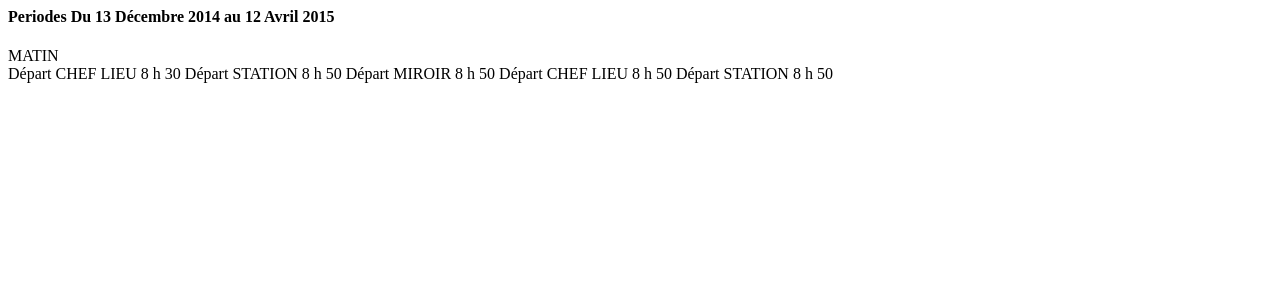
Repository: numericgraphics/Rosiere_Service
Page: www/templates/horaires.html
The author's editor kept a record of every edit. The page is drawn from the files as they stood at one moment, then again after the next edit.
The browser window is 1280 px wide. The pictures show the whole page.

Above is the page before.

### www/templates/horaires.html


<ion-view title="Horaires">
        <ion-content has-header="true" padding="true">

          <h4>Periodes Du 13 Décembre 2014 au 12 Avril 2015 </h4>

          <div class="list">

          <div class="item item-divider">
            MATIN
          </div>

          <a class="item">
            Départ CHEF LIEU
            <span class="item-note">
              8 h 30
            </span>
          </a>

          <a class="item">
            Départ STATION
            <span class="item-note">
              8 h 50
            </span>
          </a>

          <a class="item">
            Départ MIROIR
            <span class="item-note">
              8 h 50
            </span>
          </a>

          <a class="item">
            Départ CHEF LIEU
            <span class="item-note">
              8 h 50
            </span>
          </a>

          <a class="item">
            Départ STATION
            <span class="item-note">
              8 h 50
            </span>
          </a>



          </div>
        </ion-content>
      </ion-view>

After the next edit:
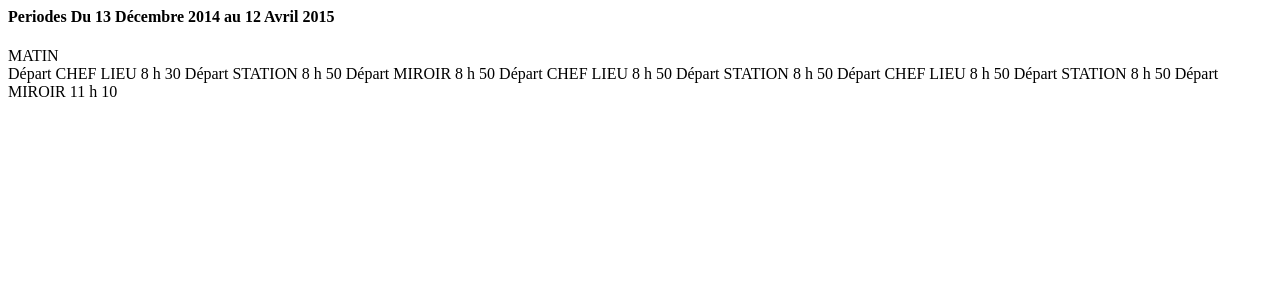
The edit:
--- a/www/templates/horaires.html
+++ b/www/templates/horaires.html
@@ -46,6 +46,27 @@
             </span>
           </a>
 
+          <a class="item">
+            Départ CHEF LIEU
+            <span class="item-note">
+              8 h 50
+            </span>
+          </a>
+
+          <a class="item">
+            Départ STATION
+            <span class="item-note">
+              8 h 50
+            </span>
+          </a>
+
+          <a class="item">
+            Départ MIROIR
+            <span class="item-note">
+              11 h 10
+            </span>
+          </a>
+
 
 
           </div>
